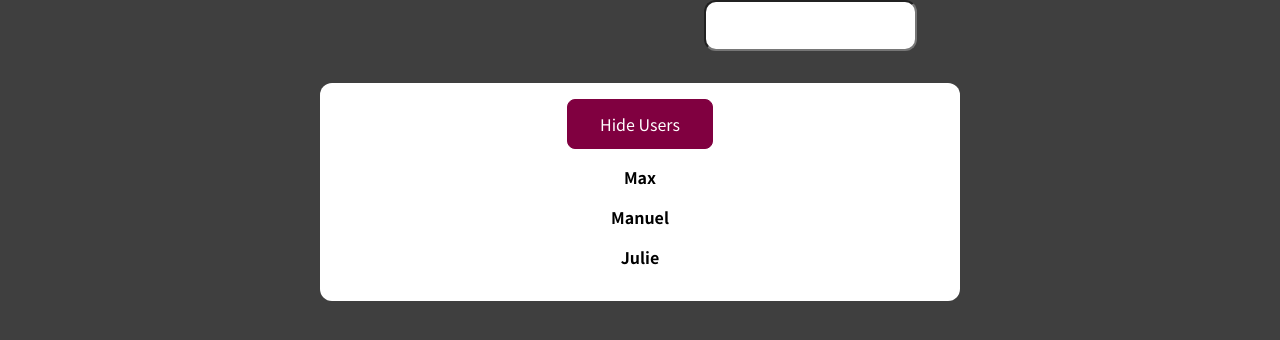
Repository: prathmeshgodbole/React-Class-Based
Page: /
The author's editor kept a copy of each file at every save. The page is drawn from the files as they stood at one save, then again after a run of saves.
The browser window is 1280 px wide. The pictures show the whole page.
The project was rebuilt for these pictures with package versions that can differ from the ones it lists, and the page was loaded fresh each time.

Above is the page before, as saved 2021-07-15 15:24:24.

### src/App.js
import UserFinder from './components/UserFinder';
// import Users from './components/Users';

function App() {
  return (
    <div>
    <UserFinder/>
    </div>
  );
}

export default App;

### src/components/UserFinder.js
import { Fragment, useState, useEffect } from 'react';
import classes from './UserFinder.module.css'
import Users from './Users';

const DUMMY_USERS = [
  { id: "u1", name: "Max" },
  { id: "u2", name: "Manuel" },
  { id: "u3", name: "Julie" },
];

const UserFinder = () => {
  const [filteredUsers, setFilteredUsers] = useState(DUMMY_USERS);
  const [searchTerm, setSearchTerm] = useState('');

  useEffect(() => {
    setFilteredUsers(
      DUMMY_USERS.filter((user) => user.name.includes(searchTerm))
    );
  }, [searchTerm]);

  const searchChangeHandler = (event) => {
    setSearchTerm(event.target.value);
  };

  return (
    <Fragment >
      <input className={classes.finder} type='search' onChange={searchChangeHandler} />
      <Users users={filteredUsers} />
    </Fragment>
  );
};

export default UserFinder;

### src/components/UserFinder.module.css
.finder {
    margin-left: 44rem;
    /* margin: 2rem auto; */
    background-color: white;
    padding: 1rem;
    border-radius: 12px;
    max-width: 40rem;
    text-align: center;
}

### src/components/Users.js
import { Component } from "react";
import User from "./User";

import classes from "./Users.module.css";


class Users extends Component {
  constructor() {
    super();
    this.state = {
      showUsers: true,
    };
  }

  toggleUsersHandler() {
    this.setState((curState) => {
      return{
        showUsers:!curState.showUsers
      };
    });
  }

  render() {
    const usersList = (
    <ul>
      {this.props.users.map((user) => (
        <User key={user.id} name={user.name} />
      ))}
    </ul>
  );
    return (
      <div className={classes.users}>
        <button onClick={this.toggleUsersHandler.bind(this)}>
          {this.state.showUsers ? "Hide" : "Show"} Users
        </button>
        {this.state.showUsers && usersList}
      </div>
    );
  }
}

// const Users = () => {
//   const [showUsers, setShowUsers] = useState(true);

//   const toggleUsersHandler = () => {
//     setShowUsers((curState) => !curState);
//   };

  // const usersList = (
  //   <ul>
  //     {DUMMY_USERS.map((user) => (
  //       <User key={user.id} name={user.name} />
  //     ))}
  //   </ul>
  // );

  // return (
  //   <div className={classes.users}>
  //     <button onClick={toggleUsersHandler}>
  //       {showUsers ? 'Hide' : 'Show'} Users
  //     </button>
  //     {showUsers && usersList}
  //   </div>
  // );
// };

export default Users;

### src/components/User.js
import React,{Component} from 'react';
import classes from './User.module.css';


class User extends Component{
  render(){
    return <li className={classes.user}>{this.props.name}</li>;
  }
}

// const User = (props) => {
//   return <li className={classes.user}>{props.name}</li>;
// };

export default User;

Loaded but not shown: public/index.html (common file); src/index.js (common file); src/index.css (common file); src/components/Users.module.css (common file); src/components/User.module.css (common file)

After the next 2 saves:
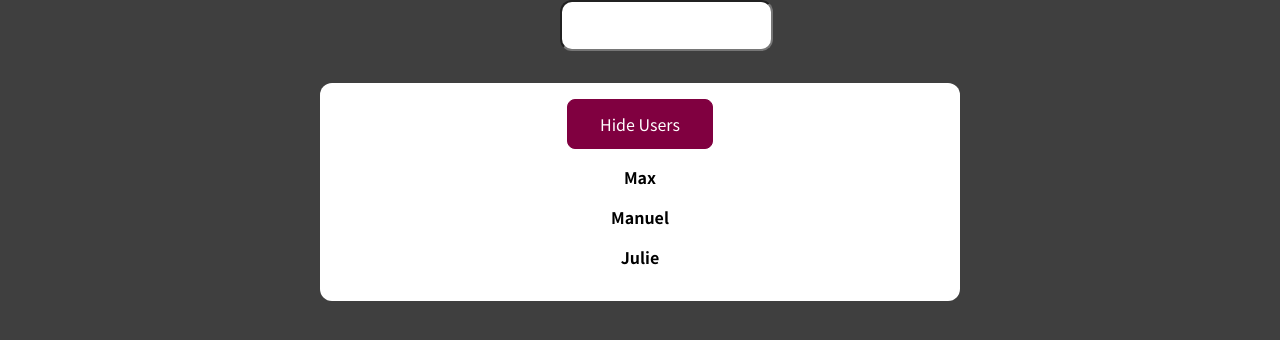
The 2 saves are shown as one change because they came seconds apart.
The last was saved 9 s later.
--- a/src/components/UserFinder.module.css
+++ b/src/components/UserFinder.module.css
@@ -1,5 +1,5 @@
 .finder {
-    margin-left: 44rem;
+    margin-left: 42em;
     /* margin: 2rem auto; */
     background-color: white;
     padding: 1rem;
